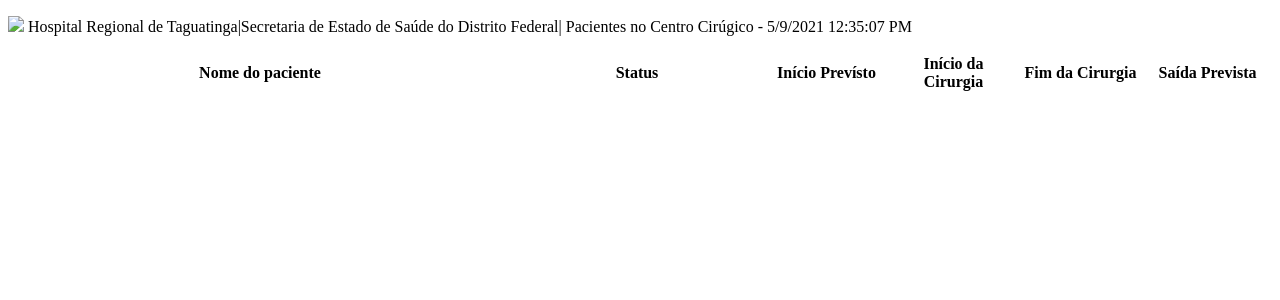
Repository: eduardo-r-jesus/Projeto_Centro_Cirurgico
Page: http://localhost/centro_cirurgico_web/
The author's editor kept a copy of each file at every save. The page is drawn from the files as they stood at one save, then again after the next save.
The browser window is 1280 px wide. The pictures show the whole page.
The page is served by Tomcat 9. Other server files are loaded and not shown.

Above is the page before, as saved 2021-09-05 12:54:49.
Console error: ReferenceError: documento is not defined
Not found: centro_cirurgico_web/centro_cirurgico_web/Bandeira_do_Distrito_Federal_Brasil.png
Not found: centro_cirurgico_web/centro_cirurgico_web/bootstrap.min.css

### centro_cirurgico_web/src/main/webapp/index.jsp
<%@ page language="java" contentType="text/html; charset=UTF-8"
    pageEncoding="UTF-8"%>
<!DOCTYPE html>
<html>
<head>
<meta charset="UTF-8">
<title>Painel Centro Cirúrgico</title>
<link rel="stylesheet" href="bootstrap.min.css">
</head>
<body>
<p>
		<img
			src="Bandeira_do_Distrito_Federal_Brasil.png"
			height="100px">
		<script>
			var myVar = setInterval(myTimer, 1000);
			function myTimer() {
				var d = new Date();
				document.getElementById("dt-hora").innerHTML = d.getDate()+'/'+(d.getMonth()+1)+'/'+d.getFullYear()+' '+ d
						.toLocaleTimeString();

				var tabela = localStorage.getItem('corpo-tabela');

				document.getElementById("corpo-tabela").innerHTML = tabela;
			}
			documento.myTimer();
		</script>
		Hospital Regional de Taguatinga|Secretaria de Estado de Saúde do
		Distrito Federal| Pacientes no Centro Cirúgico - <span id="dt-hora"></span>
	</p>
	<table class="table table-striped">
		<thead>
			<tr>
				<th width="40%">Nome do paciente</th>
				<th width="20%">Status</th>
				<th width="10%">Início Prevísto</th>
				<th width="10%">Início da Cirurgia</th>
				<th width="10%">Fim da Cirurgia</th>
				<th width="10%">Saída Prevista</th>
			</tr>
		</thead>
		<tbody id="corpo-tabela" class="font-weight-bold text-monospace">

		</tbody>
	</table>

</body>
</html>

After the next save:
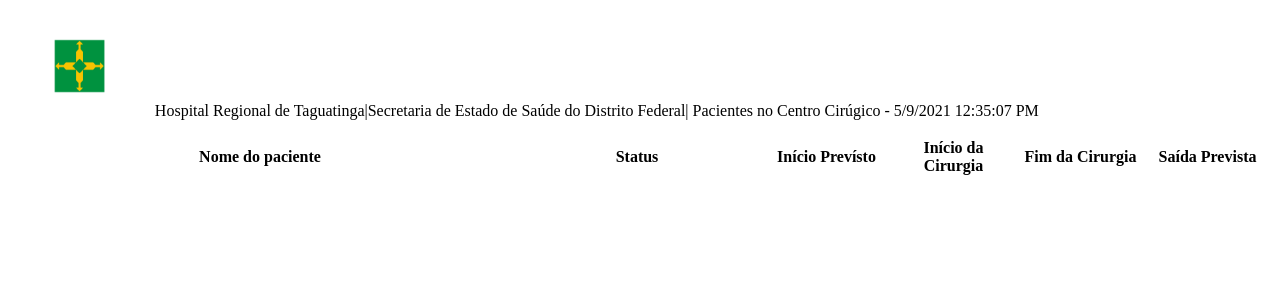
Saved 7 min 25 s later.
--- a/centro_cirurgico_web/src/main/webapp/index.jsp
+++ b/centro_cirurgico_web/src/main/webapp/index.jsp
@@ -10,7 +10,7 @@
 <body>
 <p>
 		<img
-			src="Bandeira_do_Distrito_Federal_Brasil.png"
+			src="img/Bandeira_do_Distrito_Federal_Brasil.png"
 			height="100px">
 		<script>
 			var myVar = setInterval(myTimer, 1000);
